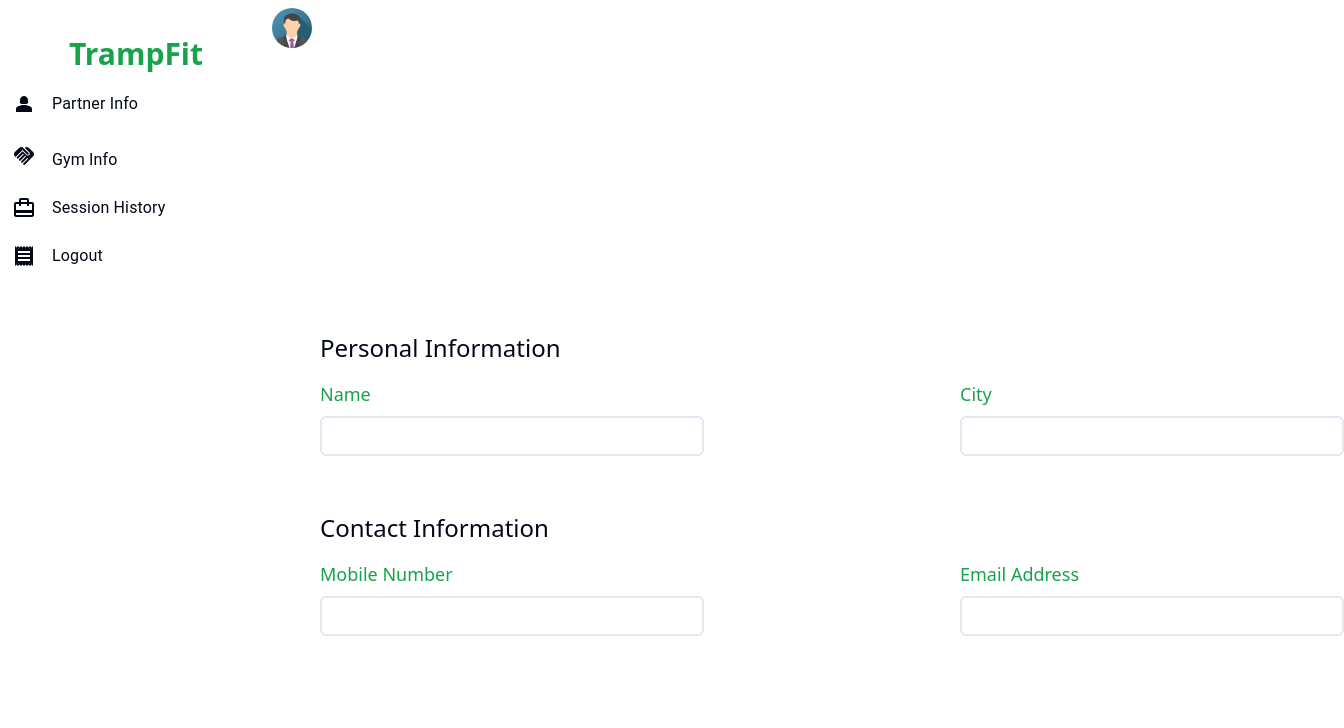
Repository: ezioxatul/TrampFit-Website
Page: /partner/partnerDashboard/partnerInfo (app in Frontend/)
These files come from the project's save history. The page is drawn as it stood at one moment and after the next save; the edit follows.
The browser window is 1280 px wide. The page is 1344 px wide, so the pictures cover 1344 px, including what lies to the right of the window. The pictures show the whole page.
The project was rebuilt for these pictures with package versions that can differ from the ones it lists, and the page was loaded fresh each time. The framework's server and built-in components were replaced by stand-ins that run in the browser. Also part of the build but not shown: Frontend/next.config.js, Frontend/next.config.mjs, Frontend/components/Loader.js, Frontend/components/Popup.js.

Above is the page before, as saved 2024-05-16 17:47:41.

### Frontend/pages/_app.js
import Loader from "@/components/Loader";
import "@/styles/globals.css";
import { useRouter } from "next/router";
import { useEffect, useState } from "react";


const Loading = () => {

  return (
    <Loader/>
  );
}

export default function App({ Component, pageProps }) {

  const [loading, setLoading] = useState(false);
  const router = useRouter();

  useEffect(() => {
    const handleStart = () => setLoading(true);
    const handleComplete = () => setLoading(false);

    router.events.on('routeChangeStart', handleStart);
    router.events.on('routeChangeComplete', handleComplete);
    router.events.on('routeChangeError', handleComplete);

    return () => {
      router.events.off('routeChangeStart', handleStart);
      router.events.off('routeChangeComplete', handleComplete);
      router.events.off('routeChangeError', handleComplete);
    };
  }, []);

  return (
    <>
    <div className="h-2">
      {
        loading  &&
          <Loading />

      }
      </div>
          <Component {...pageProps} />

    </>
  );
}

### Frontend/pages/_document.js
import { Html, Head, Main, NextScript } from "next/document";

export default function Document() {
  return (
    <Html lang="en">
          <Head />
          <body>
            <Main />
            <NextScript />
          </body>
        </Html>
        );
}

### Frontend/pages/partner/partnerDashboard/partnerInfo.js
import PartnerSideBar from "@/components/PartnerSideBar";
import { Avatar } from "@mui/material";
import { Input } from "@/components/ui/input";
import { Label } from "@/components/ui/label";
import { useEffect, useState } from "react";
import { useRouter } from "next/router";
import { ToastContainer, toast } from "react-toastify";

export default function partnerInfo() {
    const inputClassName = "w-96 text-lg border-2";
    const labelClassName = "text-lg text-green-600 font-normal";
    const containerClassName = "ml-80";

    return (
        <>
            <div className="flex flex-col min-h-screen">
                <div className="flex">
                    <PartnerSideBar />
                        <Avatar className="w-36 text-center h-36 text-6xl bg-black" src="/avtar.png" />
                </div>
                <div>
                    <h1 className={`${containerClassName} text-2xl mb-4`}>Personal Information</h1>
                    <div className={`${containerClassName} flex mb-10`}>
                        <div className="mr-32 space-y-2">
                            <Label htmlFor="name" className={labelClassName}>
                                Name
                            </Label>
                            <Input type="text" className={inputClassName} />
                        </div>
                        <div className="ml-32 space-y-2">
                            <Label htmlFor="city" className={labelClassName}>
                                City
                            </Label>
                            <Input type="text" className={inputClassName} />
                        </div>
                    </div>
                </div>
                <div>
                    <h1 className={`${containerClassName} text-2xl mb-4 mt-4`}>Contact Information</h1>
                    <div className={`${containerClassName} flex mb-10`}>
                        <div className="mr-32 space-y-2">
                            <Label htmlFor="name" className={labelClassName}>
                                Mobile Number
                            </Label>
                            <Input type="text" className={inputClassName} />
                        </div>
                        <div className="ml-32 space-y-2 mb-10">
                            <Label htmlFor="city" className={labelClassName}>
                                Email Address
                            </Label>
                            <Input type="text" className={inputClassName} />
                        </div>
                        <ToastContainer />
                    </div>
                </div>
            </div>
        </>
    );
}

### Frontend/styles/globals.css
@tailwind base;
@tailwind components;
@tailwind utilities;


@layer base {
  :root {
    --background: 0 0% 100%;
    --foreground: 222.2 84% 4.9%;

    --card: 0 0% 100%;
    --card-foreground: 222.2 84% 4.9%;

    --popover: 0 0% 100%;
    --popover-foreground: 222.2 84% 4.9%;

    --primary: 222.2 47.4% 11.2%;
    --primary-foreground: 210 40% 98%;

    --secondary: 210 40% 96.1%;
    --secondary-foreground: 222.2 47.4% 11.2%;

    --muted: 210 40% 96.1%;
    --muted-foreground: 215.4 16.3% 46.9%;

    --accent: 210 40% 96.1%;
    --accent-foreground: 222.2 47.4% 11.2%;

    --destructive: 0 84.2% 60.2%;
    --destructive-foreground: 210 40% 98%;

    --border: 214.3 31.8% 91.4%;
    --input: 214.3 31.8% 91.4%;
    --ring: 222.2 84% 4.9%;

    --radius: 0.5rem;
  }

  .dark {
    --background: 222.2 84% 4.9%;
    --foreground: 210 40% 98%;

    --card: 222.2 84% 4.9%;
    --card-foreground: 210 40% 98%;

    --popover: 222.2 84% 4.9%;
    --popover-foreground: 210 40% 98%;

    --primary: 210 40% 98%;
    --primary-foreground: 222.2 47.4% 11.2%;

    --secondary: 217.2 32.6% 17.5%;
    --secondary-foreground: 210 40% 98%;

    --muted: 217.2 32.6% 17.5%;
    --muted-foreground: 215 20.2% 65.1%;

    --accent: 217.2 32.6% 17.5%;
    --accent-foreground: 210 40% 98%;

    --destructive: 0 62.8% 30.6%;
    --destructive-foreground: 210 40% 98%;

    --border: 217.2 32.6% 17.5%;
    --input: 217.2 32.6% 17.5%;
    --ring: 212.7 26.8% 83.9%;
  }
}

@layer base {
  * {
    @apply border-border;
  }
  body {
    @apply bg-background text-foreground;
  }
}


.outline_remove:focus{


}
.focus-visible\:ring-offset-2:focus-visible{
  border:none !important;
  outline: none !important;
  border-style: none;
}

### Frontend/components/PartnerSideBar.js
import List from '@mui/material/List';
import ListItemButton from '@mui/material/ListItemButton';
import ListItemText from '@mui/material/ListItemText';
import Person2Icon from '@mui/icons-material/Person2';
import HandshakeIcon from '@mui/icons-material/Handshake';
import CardTravelIcon from '@mui/icons-material/CardTravel';
import ReceiptIcon from '@mui/icons-material/Receipt';
import LogoutIcon from '@mui/icons-material/Logout';

import { useState } from 'react';
import Link from 'next/link';
import Popup from './Popup';
import { useRouter } from 'next/router';

export default function PartnerSideBar() {

    let SideBarHeading = ['Partner Info', 'Gym Info', 'Session History', 'Logout'];

    let router = useRouter();
    let [start, setStart] = useState(false);

    const logout = () => {
        setStart(!start);
    }


    const logoutEvent = () => {
        localStorage.removeItem('partnerToken');
        setStart(false);
        router.push('/partner/partnerLogin')
    }
    return (
        <>
            <div className=" w-72  m-[-8px] p-1  mb-10">
                <Link href="#"><h1 className=' text-green-600 text-3xl font-semibold text-center mt-8 cursor-pointer'>TrampFit</h1></Link>

                <List className='bg-white mt-8 ml-6 space-y-2'>
                    {
                        SideBarHeading.map((text, index) => {
                            return (
                                index === 1 ?
                                    <>

                                        <ListItemButton className=' space-x-4 flex justify-between hover:bg-green-100 hover:rounded-2xl hover:text-green-600'>
                                            <Link href="#" className='flex space-x-4 '>
                                                <HandshakeIcon className='text-2xl' />
                                                <ListItemText primary={text} />
                                            </Link>
                                        </ListItemButton>

                                    </> :
                                    index === 0 ?
                                        <Link href="#">
                                            <ListItemButton className=' space-x-4 hover:bg-green-100 hover:rounded-2xl hover:text-green-600'>
                                                <Person2Icon className='text-2xl' />
                                                <ListItemText primary={text} />
                                            </ListItemButton>
                                        </Link> :
                                        index === 2 ?
                                            <Link href="#">
                                                <ListItemButton className=' space-x-4 hover:bg-green-100 hover:rounded-2xl hover:text-green-600'>
                                                    <CardTravelIcon className='text-2xl' />
                                                    <ListItemText primary={text} />
                                                </ListItemButton>
                                            </Link> :
                                            index === 3 ?
                                                <Link href="#">
                                                    <ListItemButton className=' space-x-4 hover:bg-green-100 hover:rounded-2xl hover:text-green-600'>
                                                        <ReceiptIcon className='text-2xl' />
                                                        <ListItemText primary={text} />
                                                    </ListItemButton>
                                                </Link> :
                                                <ListItemButton className=' space-x-4 hover:bg-green-100 hover:rounded-2xl hover:text-green-600' onClick={logout}>
                                                    <LogoutIcon className='text-2xl' />
                                                    <ListItemText primary={text} />
                                                    <Popup open={start} title={"Do you Really want to Logout?"} cancel="Cancel" logout="Logout" logoutEvent={logoutEvent} cancelEvent={logout} />
                                                </ListItemButton>
                            )
                        })
                    }
                </List>
            </div>
        </>
    );
}

### Frontend/tailwind.config.js
/** @type {import('tailwindcss').Config} */
module.exports = {
  darkMode: ["class"],
  content: [
    './pages/**/*.{js,jsx}',
    './components/**/*.{js,jsx}',
    './app/**/*.{js,jsx}',
    './src/**/*.{js,jsx}',
  ],
  prefix: "",
  theme: {
    container: {
      center: true,
      padding: "2rem",
      screens: {
        "2xl": "1400px",
      },
    },
    extend: {fontFamily: {
      play: ["Play", "sans-serif"],
    },
      colors: {
        border: "hsl(var(--border))",
        input: "hsl(var(--input))",
        ring: "hsl(var(--ring))",
        background: "hsl(var(--background))",
        foreground: "hsl(var(--foreground))",
        primary: {
          DEFAULT: "hsl(var(--primary))",
          foreground: "hsl(var(--primary-foreground))",
        },
        secondary: {
          DEFAULT: "hsl(var(--secondary))",
          foreground: "hsl(var(--secondary-foreground))",
        },
        destructive: {
          DEFAULT: "hsl(var(--destructive))",
          foreground: "hsl(var(--destructive-foreground))",
        },
        muted: {
          DEFAULT: "hsl(var(--muted))",
          foreground: "hsl(var(--muted-foreground))",
        },
        accent: {
          DEFAULT: "hsl(var(--accent))",
          foreground: "hsl(var(--accent-foreground))",
        },
        popover: {
          DEFAULT: "hsl(var(--popover))",
          foreground: "hsl(var(--popover-foreground))",
        },
        card: {
          DEFAULT: "hsl(var(--card))",
          foreground: "hsl(var(--card-foreground))",
        },
      },
      borderRadius: {
        lg: "var(--radius)",
        md: "calc(var(--radius) - 2px)",
        sm: "calc(var(--radius) - 4px)",
      },
      keyframes: {
        "accordion-down": {
          from: { height: "0" },
          to: { height: "var(--radix-accordion-content-height)" },
        },
        "accordion-up": {
          from: { height: "var(--radix-accordion-content-height)" },
          to: { height: "0" },
        },
      },
      animation: {
        "accordion-down": "accordion-down 0.2s ease-out",
        "accordion-up": "accordion-up 0.2s ease-out",
      },
    },
  },
  plugins: [require("tailwindcss-animate")],
}

Loaded but not shown: Frontend/components/ui/input.jsx (common file); Frontend/components/ui/label.jsx (common file); Frontend/lib/utils.js (common file)

After the next save:
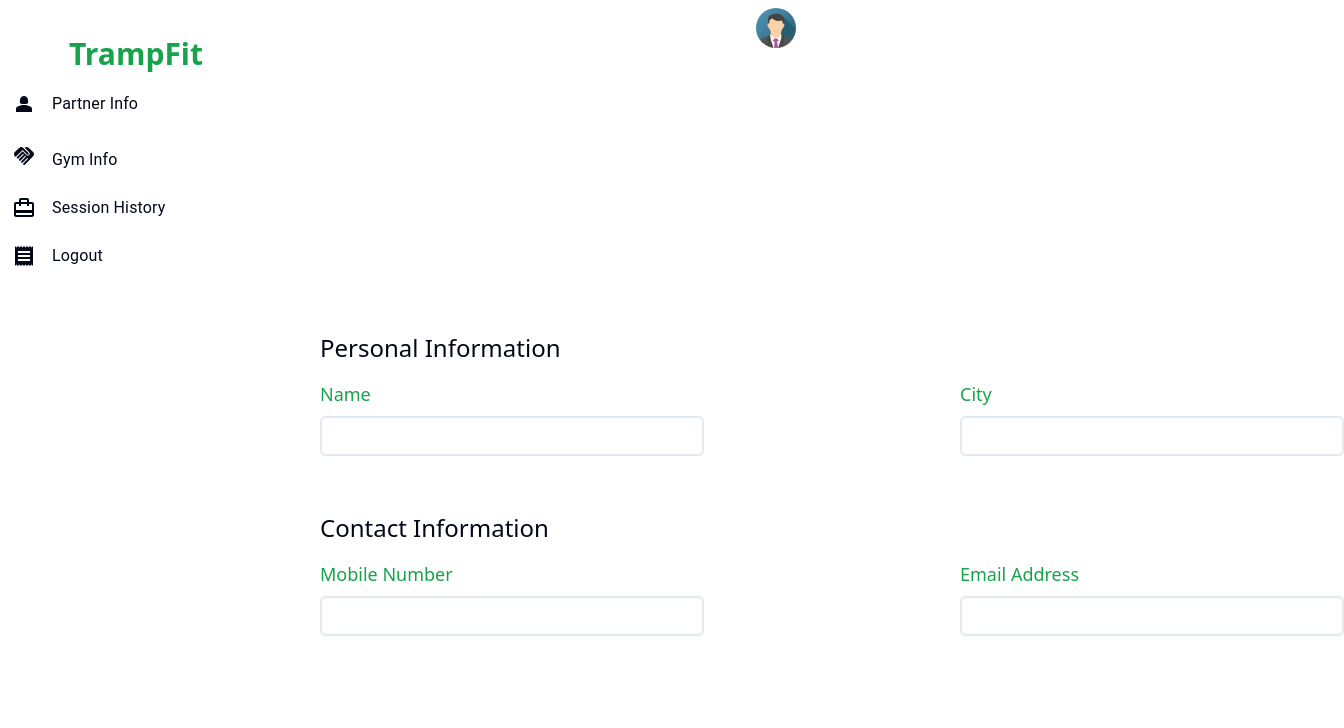
Saved 17 s later.
--- a/Frontend/pages/partner/partnerDashboard/partnerInfo.js
+++ b/Frontend/pages/partner/partnerDashboard/partnerInfo.js
@@ -16,7 +16,7 @@ export default function partnerInfo() {
             <div className="flex flex-col min-h-screen">
                 <div className="flex">
                     <PartnerSideBar />
-                        <Avatar className="w-36 text-center h-36 text-6xl bg-black" src="/avtar.png" />
+                        <Avatar className="w-36 mx-auto h-36 text-6xl bg-black" src="/avtar.png" />
                 </div>
                 <div>
                     <h1 className={`${containerClassName} text-2xl mb-4`}>Personal Information</h1>
